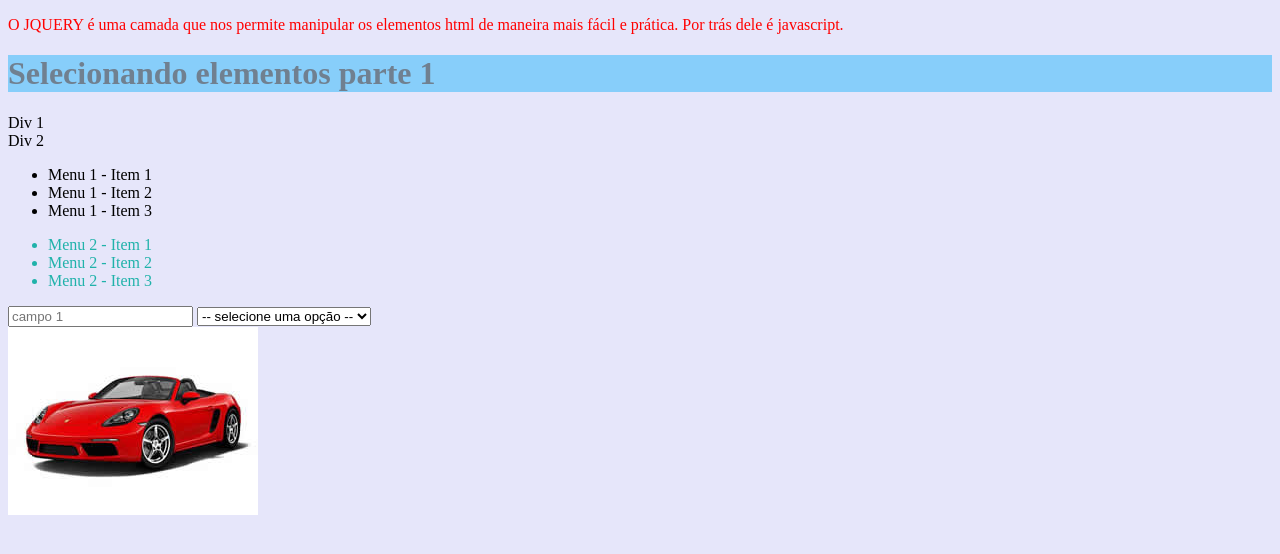
Repository: 2001mariana/jquery
Page: seect-elements-part2.html
An editor plug-in stored every save of this project. The page is shown before and after the next save, followed by the edit.
The browser window is 1280 px wide. The pictures show the whole page.

Above is the page before, as saved 2022-07-26 17:19:33.

After the next save:
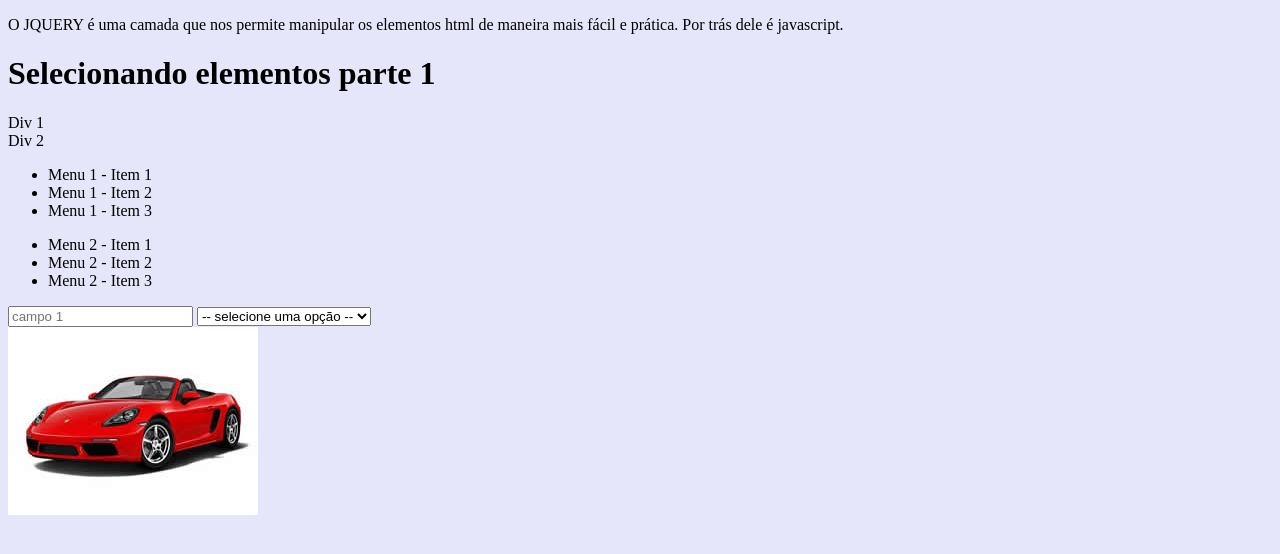
Saved 4 s later.
--- a/seect-elements-part2.html
+++ b/seect-elements-part2.html
@@ -42,15 +42,6 @@
 		<img src="carro.jpg" class="diversos2" id="imagem" />
 </body>
 <script>
-console.log($('p'))
-console.log($('.diversos2'))
-console.log($('#menu1'))
-
-    //$("p").css("color", "#B22222")
-    $("p").css("color", "red")
-    $('h1').css("background-color", "#87CEFA")
-    $('h1').css("color", "	#708090")
-    $('.itemMenu2').css("color", "#20B2AA")
 
 </script>
 </html>
